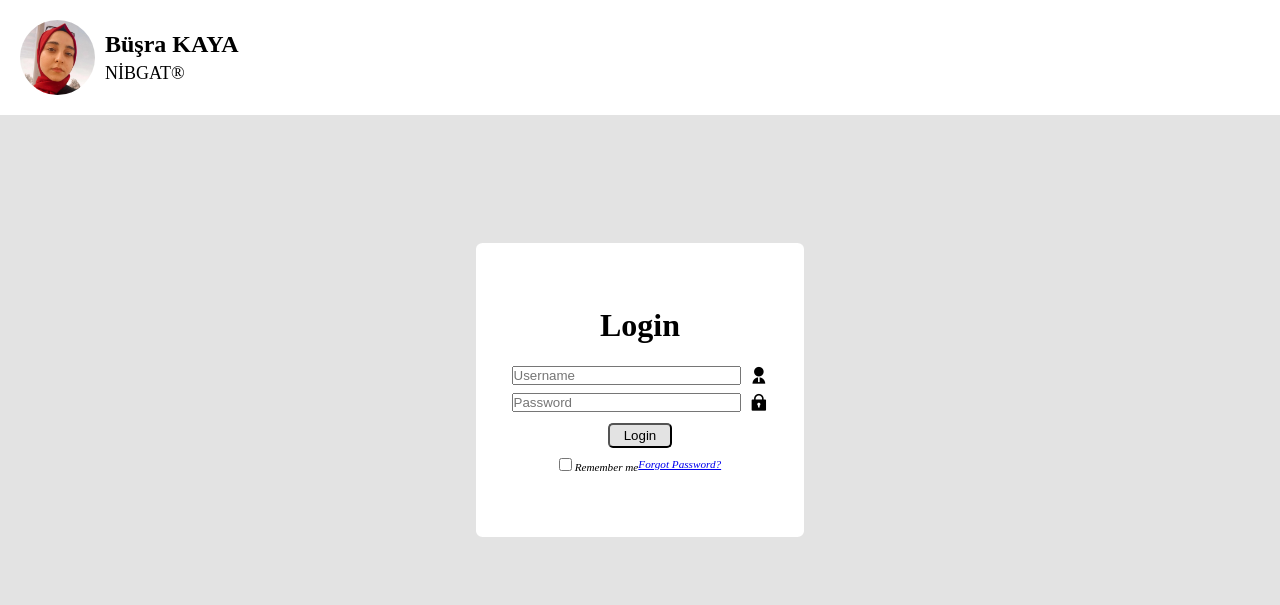
Repository: busra-kayaa/LoginPage
Page: login.html
An editor plug-in stored every save of this project. The page is shown before and after the next save, followed by the edit.
The browser window is 1280 px wide. The pictures show the whole page.

Above is the page before, as saved 2024-01-05 09:33:14.

### login.html
<!DOCTYPE html>
<html>
    <head>
        <title>Login Page</title>
        <link rel="stylesheet" href="./style.css" type="text/css"/>
        <link rel="stylesheet" href="https://cdnjs.cloudflare.com/ajax/libs/remixicon/3.5.0/remixicon.css" crossorigin="">

    </head>
    <body>
        <div class="header-container">
            <div
                class="header-left-side-container"
            >
                <img
                    src="./busra.jpg"
                    height="75px"
                    width="75px"
                    class="logo"
                />
                <div class="header-desc-container">
                    <span class="header-title">
                        Büşra KAYA
                    </span>
                    <span class="header-content">
                        NİBGAT®
                    </span>
                </div>
            </div>
        </div>
        <div class="login-from-container">
          <div class ="login-text"><h1>Login</h1></div>
            <div class="input-group1">
                <input
                    type="text"
                    placeholder="Username"
                    class="input-text"
                    autocomplete="off"
                />
                <i class="ri-user-2-fill"></i>
            </div>
            <div class="input-group2">
                <input
                    type="password"
                    placeholder="Password"
                    class="input-text"
                    autocomplete="off"
                />
                <i class="ri-lock-2-fill"></i>
            </div>
            <div class="subgroup">
                <div class="button-group" id="login-button">
                    <button type="submit" class="login__button">Login</button>
                </div>
                <div class="footer">
                    <div class="login-check-box">
                        <input type="checkbox" class="login__check-input" id="user-check">
                        <label for="user-check" class="login__check-label">Remember me</label>
                     </div>
                     <a href="#" class="login-forgot">Forgot Password?</a>                </div>
            </div>
        </div>
    </body>
</html>

### style.css

* {
    padding: 0;
    margin: 0;
}

body {
    background-color: #e3e3e3;
}

.header-container {
    justify-content: space-between;
    background-color: #ffffff;
    flex-direction: row;
    align-items: center;
    padding: 20px;
    display: flex;
    margin-bottom: 10%;
}
.header-left-side-container {
    flex-direction: row;
    align-items: center;
    display: flex;
}

.logo {
    border-radius: 50%;
    margin-right: 10px;
}

.header-desc-container {
    display: flex;
    flex-direction: column;
}

.header-title {
    display: flex;
    flex-direction:column;
    font-weight: bold;
    font-size: 24px;
    margin-bottom: 5px;
}

.header-content {
    font-weight:normal;
    font-size: 18px;
    color:rgb(0, 0, 0);
}

.login-from-container {
    background-color: #ffffff;
    display: flex;
    border-radius: 2%;
    flex-direction: column;
    align-items: center;
    text-align: center;
    margin: auto;
    width: 200px;
    padding: 5%;
}

.login-text {
    padding-bottom: 15px;
}

.input-group1 {
    display: grid;
    grid-template-columns: 1fr max-content;
    column-gap: .55rem;
    align-items: center;
    margin: 3%;
}

.input-group1 i {
    font-size: 1.20rem;
  }

.input-text {
    width: 225px;
}

.input-group2 {
    display: grid;
    grid-template-columns: 1fr max-content;
    column-gap: .55rem;
    align-items: center;

}
.input-group2 i {
    font-size: 1.20rem;
  }

.login__button {
    width: 40%;
    padding: 2%;
    margin: 6%;
    background-color:#e3e3e3;
    border-radius: 5px;
    cursor: pointer;
  }

.footer {
    display: flex;
    flex-direction:raw;
    font-size: 70%;
    font-style: italic;
}
.login__check-box {
    column-gap: .5rem;
  }
  .login__forgot {
    color: var(--white-color);
  }

After the next save:
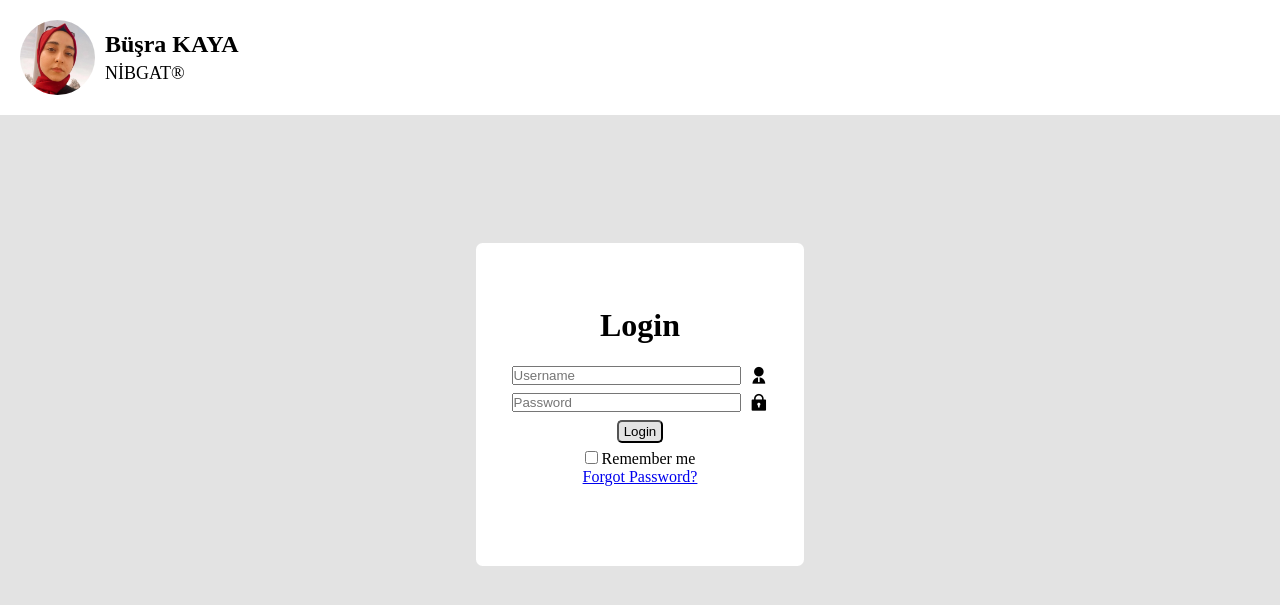
Saved 31 s later.
--- a/style.css
+++ b/style.css
@@ -100,10 +100,8 @@ body {
   }
 
 .footer {
-    display: flex;
-    flex-direction:raw;
-    font-size: 70%;
-    font-style: italic;
+    margin-bottom: 1rem;
+    font-size: var(--small-font-size);
 }
 .login__check-box {
     column-gap: .5rem;
